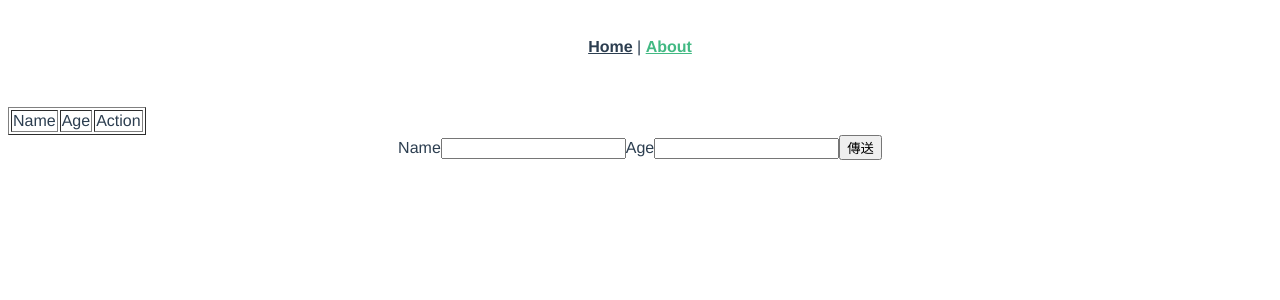
Repository: HaoMiffy/Vue---node.js-express
Page: /#/about (app in axios get node.js data/)
An editor plug-in stored every save of this project. The page is shown before and after the next save, followed by the edit.
The browser window is 1280 px wide. The pictures show the whole page.
The page's requests for data from a server got no answer. The project was rebuilt for these pictures with package versions that can differ from the ones it lists, and the page was loaded fresh each time. No one was signed in, and anything a server would have sent is missing. Also part of the build but not shown: axios get node.js data/vue.config.js, axios get node.js data/src/components/HelloWorld.vue, axios get node.js data/src/views/HomeView.vue.

Above is the page before, as saved 2023-01-04 16:39:33.

### axios get node.js data/src/views/AboutView.vue
<template>
  <div class="about">
    <h1>{{ search }}</h1>
    <table border="1px">
    <tr>
      <td>Name</td>
      <td>Age</td>
      <td>Action</td>
    </tr>
    <tr v-for="user in usesrs" :key="user.id">
      <td>{{ user.name }}</td>
      <td>{{ user.age }}</td>
      <td><button @click="remove(user.id)">Delete</button></td>
    </tr>
  </table>
  <form @submit.prevent="a">
  <label for="name">Name</label>
  <input type="text" id="name" v-model="datas.name"/>
    <label for="age">Age</label>
  <input type="text" id="age" v-model="datas.age"/>
  <button>傳送</button>
  </form>
  </div>
</template>

<script>
import axios from 'axios'
export default{
  data() {
    return {
      usesrs: null,
      search:null,
      datas: {
        name: "",
        age:"",
      },
    }
  },
  mounted() {
    this.getdata(),
    this.getsearch()
  },
  methods:{
        //,{headers:{"Access-Control-Allow-Origin":"http://api.komavideo.com"}}
    getdata() {
      axios.get("http://127.0.0.1:3000/json")
        .then((respond) => {
          console.log(respond)
          this.usesrs = respond.data.data
        })
    },
    //,{headers:{"Access-Control-Allow-Origin":"http://api.komavideo.com"}}
    getsearch(){
            axios.get("http://127.0.0.1:3000/search")
        .then((res) => {
          console.log(res)
          this.search = res.data
        })
    },
    a(){
      axios.post("http://127.0.0.1:3000/json",this.datas)
      .then(response => {
          console.log(response)
          console.log('post成功')
        })
        .catch(err => {
          console.log('post失敗')
          console.log(err)
        })
    },
    remove(id) {
      axios.delete("http://127.0.0.1:3000/json/" + id)
        .then((respond) => {
          console.log('delete成功')
          console.log(respond)
          this.getdata()
        })
        .catch(err => {
          console.log('delete失敗')
          console.log(err)
        })
    },
  }
}
</script>

Loaded but not shown: axios get node.js data/public/index.html (common file); axios get node.js data/src/main.js (common file); axios get node.js data/src/App.vue (common file); axios get node.js data/src/router/index.js (common file); axios get node.js data/src/store/index.js (common file)

After the next save:
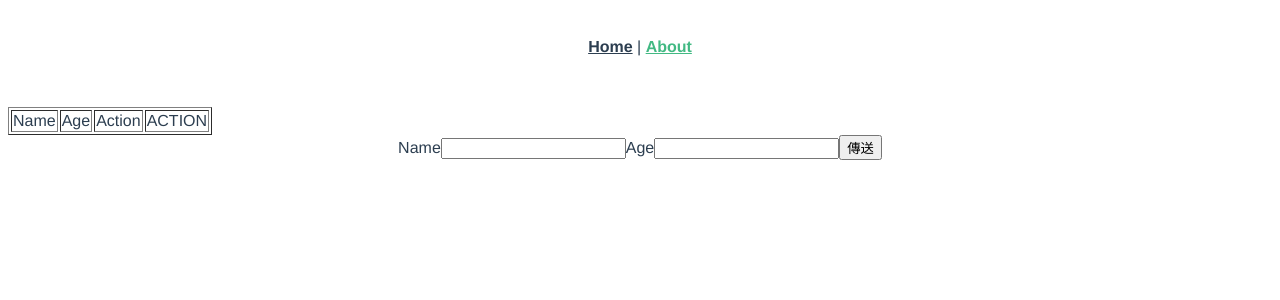
Saved 16 h 49 min later.
--- a/axios get node.js data/src/views/AboutView.vue
+++ b/axios get node.js data/src/views/AboutView.vue
@@ -6,11 +6,18 @@
       <td>Name</td>
       <td>Age</td>
       <td>Action</td>
+      <td>ACTION</td>
     </tr>
     <tr v-for="user in usesrs" :key="user.id">
       <td>{{ user.name }}</td>
       <td>{{ user.age }}</td>
       <td><button @click="remove(user.id)">Delete</button></td>
+      <td><td>
+        <div>
+          <label for="remark">patch remark</label>
+          <input type="text" id="remark" v-model="patch.remark" />
+        </div><button @click="edit(user.id)">Edit</button>
+      </td></td>
     </tr>
   </table>
   <form @submit.prevent="a">
@@ -34,6 +41,9 @@ export default{
         name: "",
         age:"",
       },
+      patch: {
+        age: ''
+      }
     }
   },
   mounted() {
